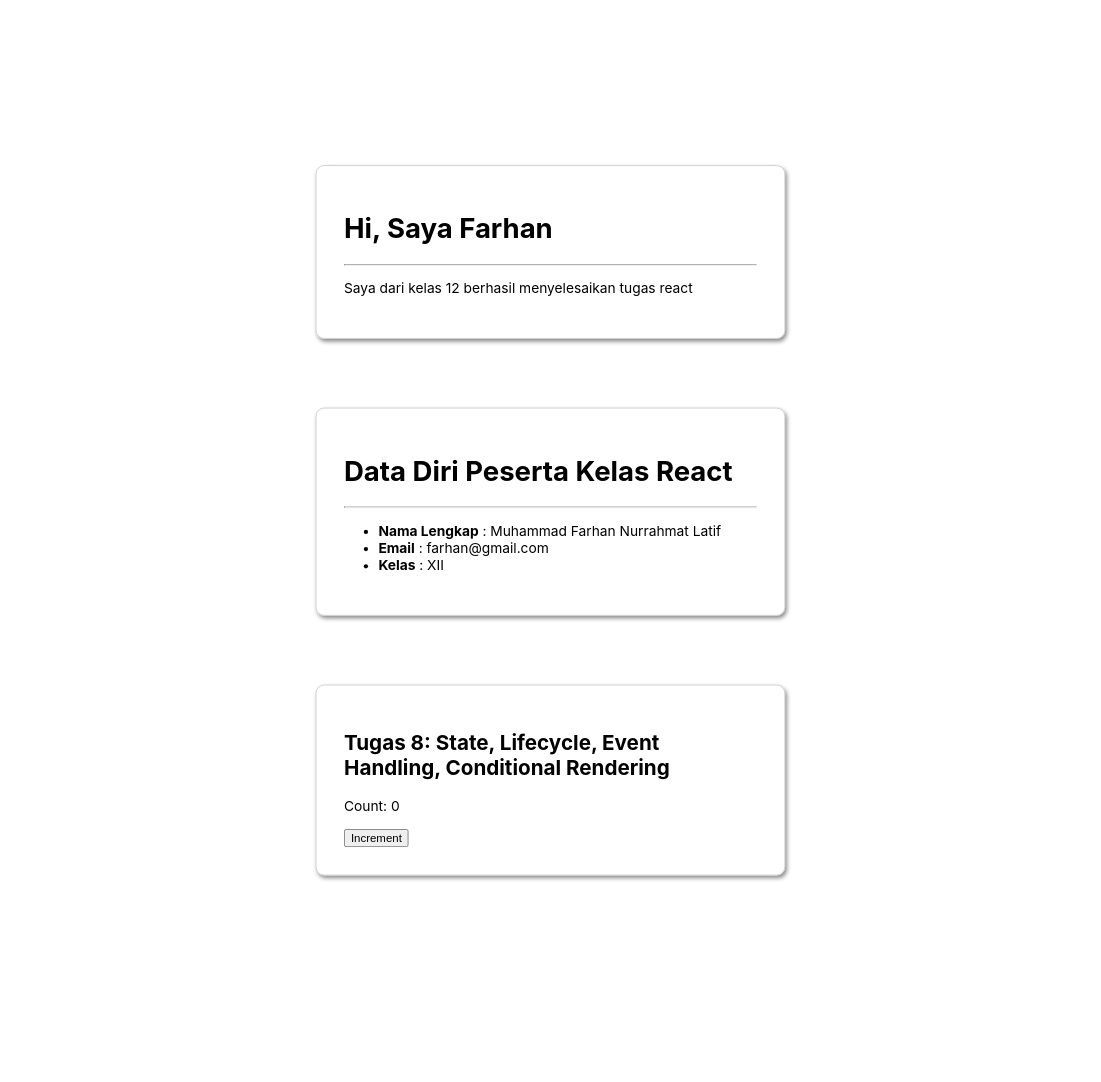
Repository: mfarhannr/Tugas-Reactjs_Farhan
Page: /
An editor plug-in stored every save of this project. The page is shown before and after the next save, followed by the edit.
The browser window is 1280 px wide. The pictures show the whole page, at 86% of full size.
The project was rebuilt for these pictures with package versions that can differ from the ones it lists, and the page was loaded fresh each time.

Above is the page before, as saved 2024-05-06 14:34:05.

After the next save:
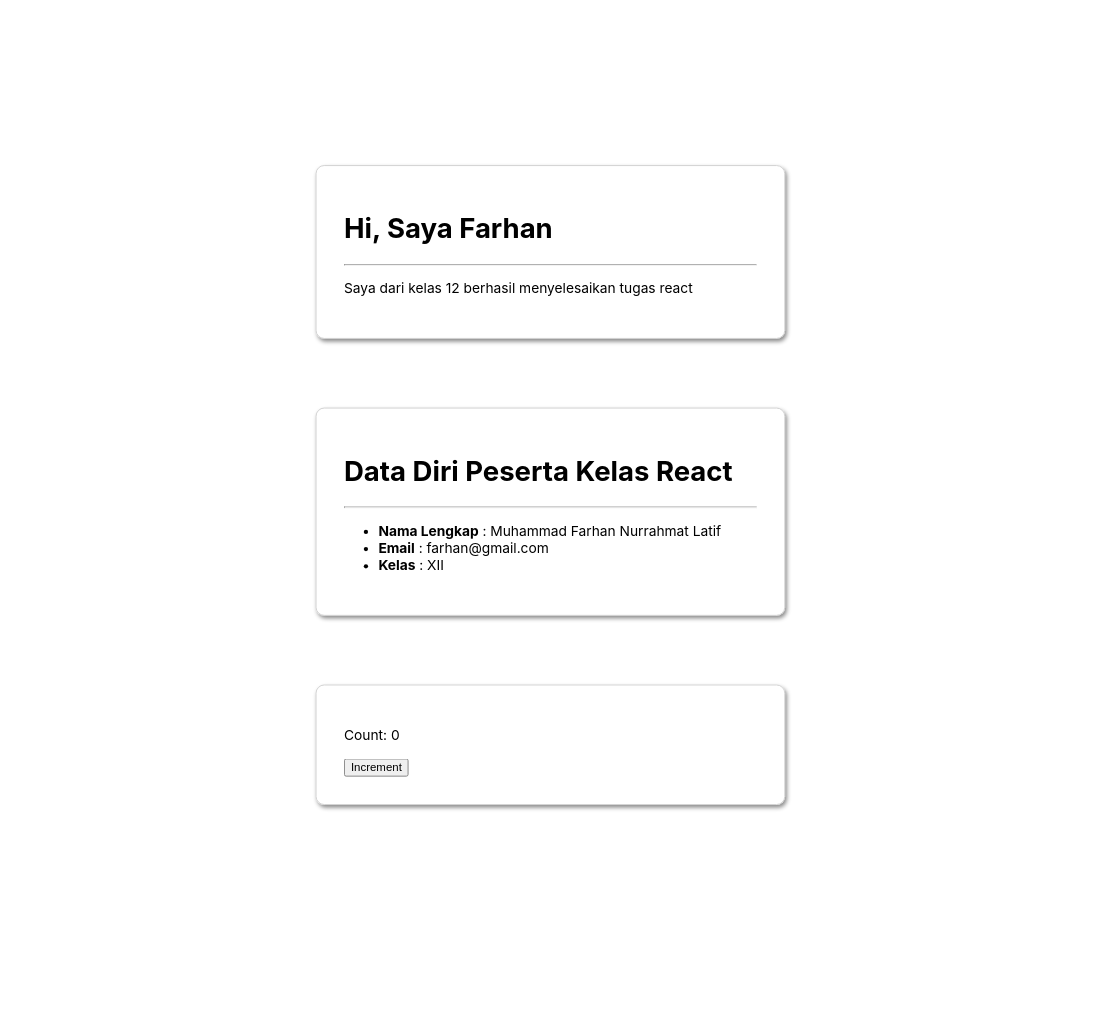
Saved 37 s later.
--- a/src/tugas8/tugas8.js
+++ b/src/tugas8/tugas8.js
@@ -15,7 +15,6 @@ class Tugas8 extends Component {
     const { count } = this.state;
     return (
       <div className="Card8">
-        <h2>Tugas 8: State, Lifecycle, Event Handling, Conditional Rendering</h2>
         <p>Count: {count}</p>
         {count > 10 ? (
           <p>sudah lebih dari 10</p>
